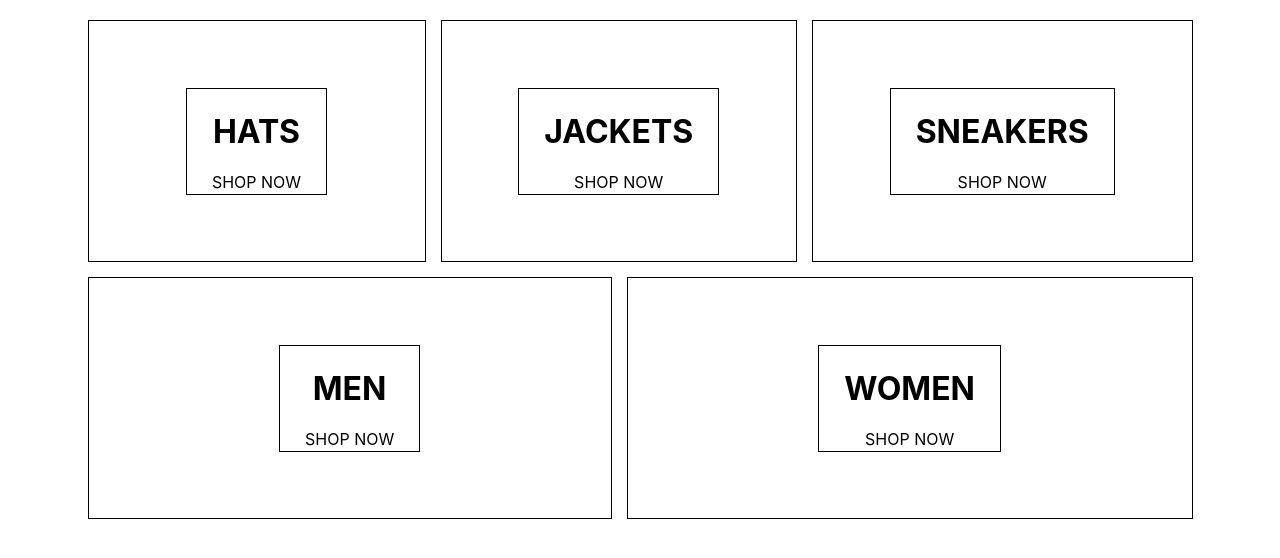
Repository: nepfri/crwn-clothing
Page: /
These files come from the project's save history. The page is drawn as it stood at one moment and after the next save; the edit follows.
The browser window is 1280 px wide. The pictures show the whole page.
The project was rebuilt for these pictures with package versions that can differ from the ones it lists, and the page was loaded fresh each time. Also part of the build but not shown: src/App.css.

Above is the page before, as saved 2021-10-13 14:03:27.

### src/App.js
import "./App.css";
import Homepage from "./homepage.component";

function App() {
  return (
    <div>
      <Homepage></Homepage>
    </div>
  );
}

export default App;

### src/homepage.component.jsx
import React from "react";
import './homepage.styles.scss';

const Homepage = () => {
  return (
    <div className="homepage">
      <div className="directory-menu">
        <div className="menu-item">
          <div className="content">
            <h1 classname="title">HATS</h1>
            <span classname="subtitle">SHOP NOW</span>
          </div>
        </div>

        <div className="menu-item">
          <div className="content">
            <h1 classname="title">JACKETS</h1>
            <span classname="subtitle">SHOP NOW</span>
          </div>
        </div>

        <div className="menu-item">
          <div className="content">
            <h1 classname="title">SNEAKERS</h1>
            <span classname="subtitle">SHOP NOW</span>
          </div>
        </div>

        <div className="menu-item">
          <div className="content">
            <h1 classname="title">MEN</h1>
            <span classname="subtitle">SHOP NOW</span>
          </div>
        </div>

        <div className="menu-item">
          <div className="content">
            <h1 classname="title">WOMEN</h1>
            <span classname="subtitle">SHOP NOW</span>
          </div>
        </div>
      </div>
    </div>
  );
};

export default Homepage;

### src/homepage.styles.scss
.homepage {
  display: flex;
  flex-direction: column;
  align-items: center;
  padding: 20px 80px;
}

.directory-menu {
  width: 100%;
  display: flex;
  flex-wrap: wrap;
  justify-content: space-between;
}

.menu-item {
  min-width: 30%;
  height: 240px;
  flex: 1 1 auto;
  display: flex;
  align-items: center;
  justify-content: center;
  border: 1px solid black;
  margin: 0 7.5px 15px;

  &:first-child {
    margin-right: 7.5px;
  }

  &:last-child {
    margin-left: 7.5px;
  }

  .content {
    height: 105px;
    padding: 0 25px;
    display: flex;
    flex-direction: column;
    align-items: center;
    justify-content: center;
    border: 1px solid black;
  }

  .title {
    font-weight: bold;
    margin-bottom: 6px;
    font-size: 22px;
    color: #4a4a4a;
  }

  .subtitle {
    font-weight: lighter;
    font-size: 16px;
  }
}

Loaded but not shown: public/index.html (common file); src/index.js (common file); src/index.css (common file)

After the next save:
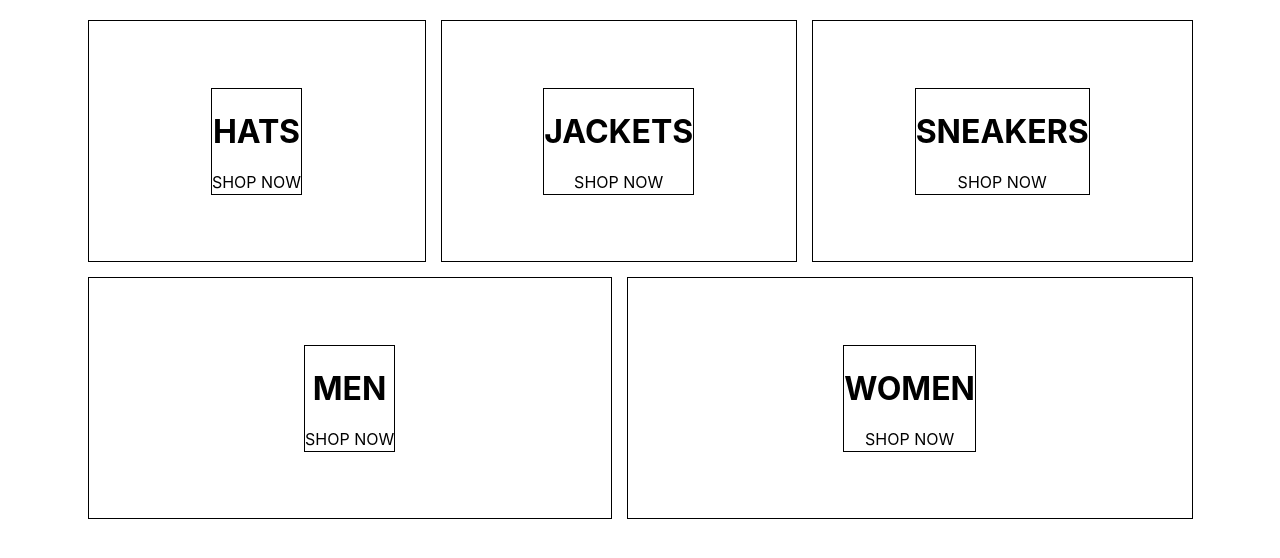
Saved 15 s later.
--- a/src/homepage.styles.scss
+++ b/src/homepage.styles.scss
@@ -32,7 +32,7 @@
 
   .content {
     height: 105px;
-    padding: 0 25px;
+    padding: 5 25px;
     display: flex;
     flex-direction: column;
     align-items: center;

After the save that followed:
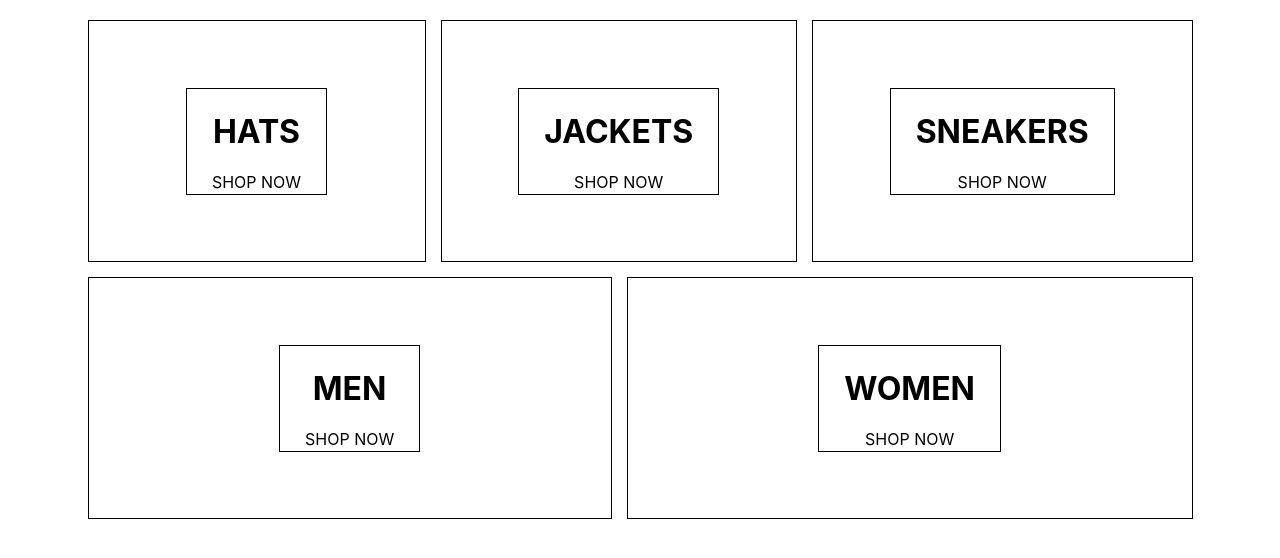
Saved 8 s later.
--- a/src/homepage.styles.scss
+++ b/src/homepage.styles.scss
@@ -32,7 +32,7 @@
 
   .content {
     height: 105px;
-    padding: 5 25px;
+    padding: 0 25px;
     display: flex;
     flex-direction: column;
     align-items: center;
